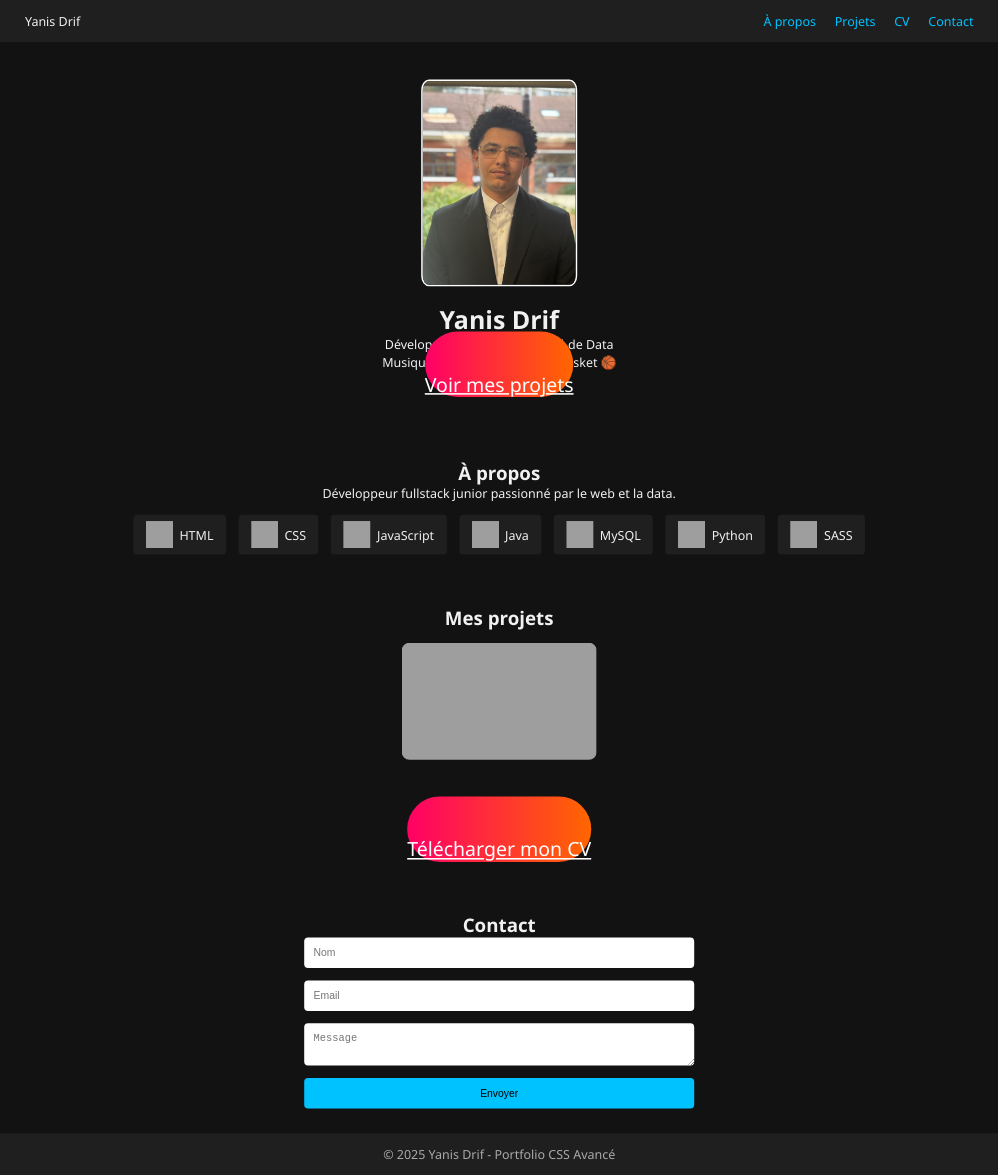
Repository: Yxniiss/ProjetCssAvance
Page: OneDrive/Bureau/Portfolio DrifYanis/home.html
An editor plug-in stored every save of this project. The page is shown before and after the next save, followed by the edit.
The browser window is 1280 px wide. The pictures show the whole page, at 78% of full size.
Pictures or frames that could not be fetched are drawn as grey boxes.

Above is the page before, as saved 2025-04-10 10:20:26.
Console error: TypeError: Cannot set properties of null (setting 'textContent')

After the next save:
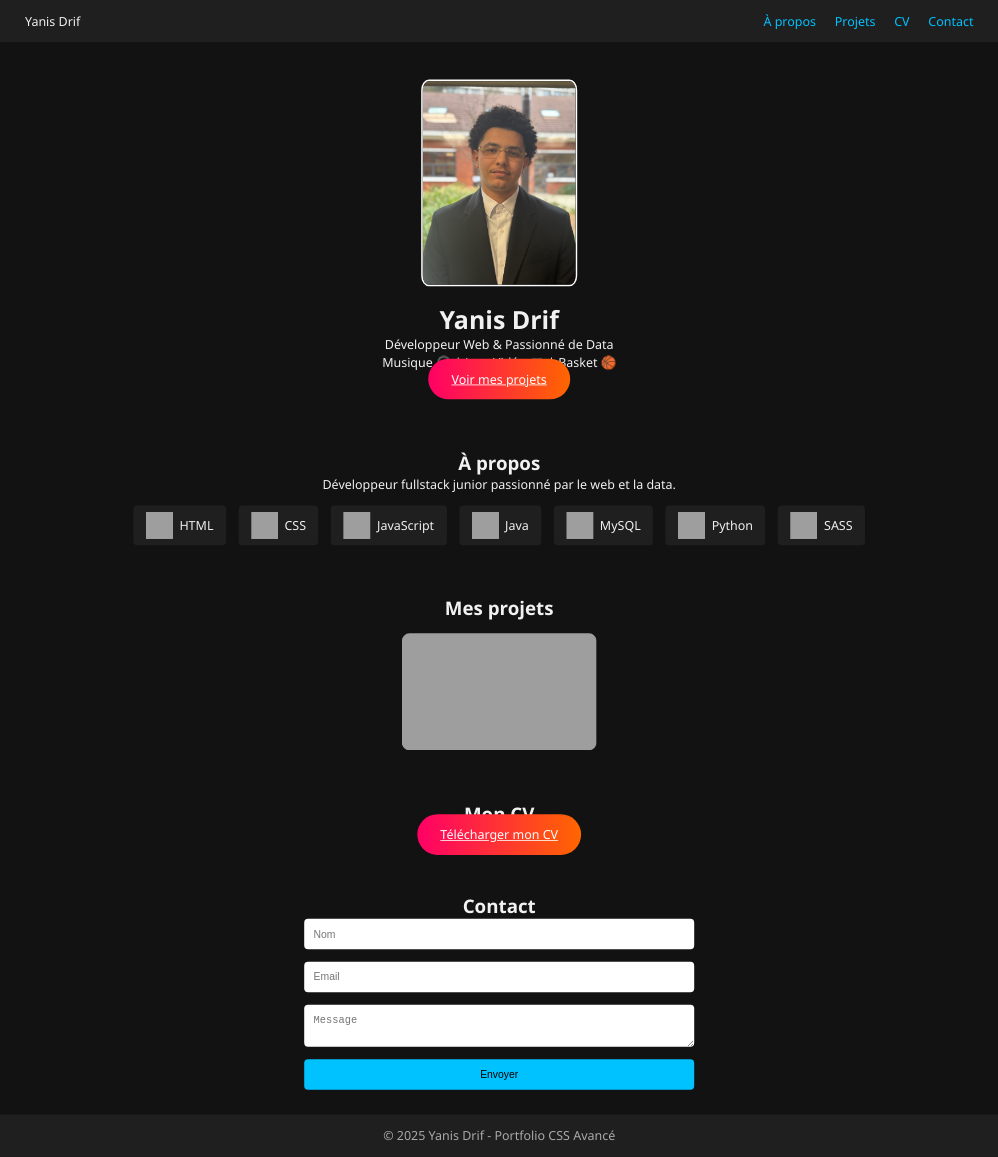
Saved 18 s later.
--- a/OneDrive/Bureau/Portfolio DrifYanis/style.css
+++ b/OneDrive/Bureau/Portfolio DrifYanis/style.css
@@ -91,8 +91,8 @@
   }
 
   .btn {
-    padding-top: 50px;
-    font-size: 25px;
+    padding: 15px 30px;
+    font-size: px;
     color:white;
     background: linear-gradient(90deg, #ff0066, #ff6600);
     border:none;
